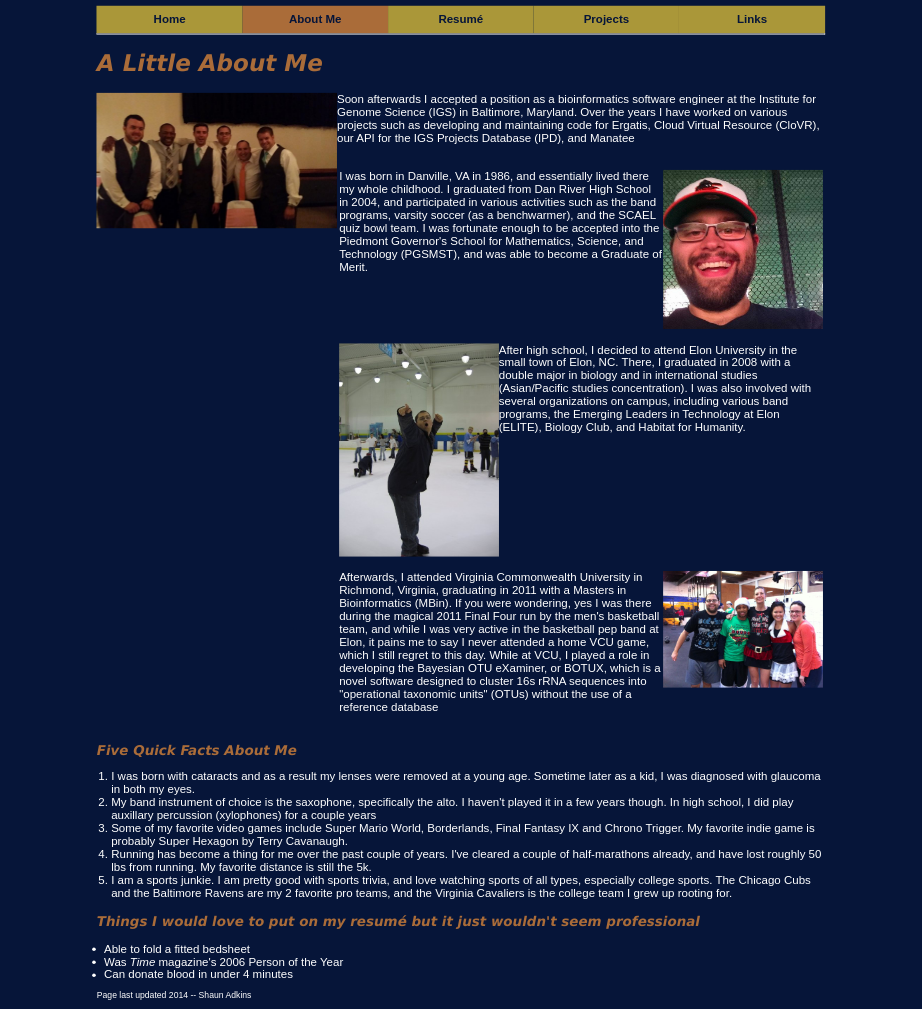
Repository: adkinsrs/sadkins_site
Page: html/about.html
The author's editor kept a record of every edit. The page is drawn from the files as they stood at one moment, then again after the next edit.
The browser window is 1280 px wide. The pictures show the whole page, at 72% of full size.

Above is the page before.

### html/about.html
<!DOCTYPE html>

<!--
Resume Page
-->
<html lang="en">
    <head>
        <meta charset="utf-8" />
        <meta name="viewport" content="width=device-width">
        <title>About Me</title>
        <link rel="stylesheet" href="../css/main.css" type="text/css"/>
    </head>

    <body>
        <div id="whole">
            <div id="menu_container">
                <ul>
                    <li class="navmenu"><a class="otherpage" href="./home.html">Home</a></li>
                    <li class="navmenu"><a class="current" href="./about.html">About Me</a></li>
                    <li class="navmenu"><a class="otherpage" href="./resume.html">Resum&#233;</a></li>
                    <li class="navmenu"><a class="otherpage" href="./projects.html">Projects</a></li>
                    <li class="navmenu"><a class="otherpage" href="./links.html">Links</a></li>
                </ul>
            </div>
            <hr>
            <h1>A Little About Me</h1>

            <div id="text_container">
                <table>
                    <tr><td>
                        <p>
                            <img class="img_right" src="../images/orioles.jpg" alt="Go Orioles!">
                            I was born in Danville, VA in 1986, and essentially lived there my whole childhood.  I graduated from Dan River High School in 2004, and participated in various activities such as the band programs, varsity soccer (as a benchwarmer), and the SCAEL quiz bowl team.  I was fortunate enough to be accepted into the Piedmont Governor's School for Mathematics, Science, and Technology (PGSMST), and was able to become a Graduate of Merit.
                        </p>
                    </td></tr>
                    <tr><td>
                        <p>
                            <img class="img_left" src="../images/ice_skating.jpg" alt="Posing at the ice skating rink">
                            After high school, I decided to attend Elon University in the small town of Elon, NC.  There, I graduated in 2008 with a double major in biology and in international studies (Asian/Pacific studies concentration).  I was also involved with several organizations on campus, including various band programs, the Emerging Leaders in Technology at Elon (ELITE), Biology Club, and Habitat for Humanity.
                        </p>
                    </td></tr>
                    <tr><td>
                        <p>
                            <img class="img_right" src="../images/crossfit.jpg" alt="Tough Christmas-themed Crossfit workout...never again!">
                            Afterwards, I attended Virginia Commonwealth University in Richmond, Virginia, graduating in 2011 with a Masters in Bioinformatics (MBin).  If you were wondering, yes I was there during the magical 2011 Final Four run by the men's basketball team, and while I was very active in the basketball pep band at Elon, it pains me to say I never attended a home VCU game, which I still regret to this day.  While at VCU, I played a role in developing the Bayesian OTU eXaminer, or BOTUX, which is a novel software designed to cluster 16s rRNA sequences into "operational taxonomic units" (OTUs) without the use of a reference database
                        </p>
                    </td></tr>
                    <tr></td>
                        <p>
                            <img class="img_left" src="../images/wade_wedding.jpg" alt="Picture with the college buddies at my friend's wedding">
                            Soon afterwards I accepted a position as a bioinformatics software engineer at the Institute for Genome Science (IGS) in Baltimore, Maryland.  Over the years I have worked on various projects such as developing and maintaining code for Ergatis, Cloud Virtual Resource (CloVR), our API for the IGS Projects Database (IPD), and Manatee
                        </p>
                    </td></tr>
                </table>

                <h3>Five Quick Facts About Me</h3>
                <ol>
                    <li>I was born with cataracts and as a result my lenses were removed at a young age.  Sometime later as a kid, I was diagnosed with glaucoma in both my eyes.</li>
                    <li>My band instrument of choice is the saxophone, specifically the alto.  I haven't played it in a few years though.  In high school, I did play auxillary percussion (xylophones) for a couple years</li>
                    <li>Some of my favorite video games include Super Mario World, Borderlands, Final Fantasy IX and Chrono Trigger.  My favorite indie game is probably Super Hexagon by Terry Cavanaugh.</li>
                    <li>Running has become a thing for me over the past couple of years.  I've cleared a couple of half-marathons already, and have lost roughly 50 lbs from running.  My favorite distance is still the 5k.</li>
                    <li>I am a sports junkie.  I am pretty good with sports trivia, and love watching sports of all types, especially college sports.  The Chicago Cubs and the Baltimore Ravens are my 2 favorite pro teams, and the Virginia Cavaliers is the college team I grew up rooting for.</li>
                </ol>

                <h3>Things I would love to put on my resum&#233; but it just wouldn't seem professional</h3>
                <ul class="normal_list">
                    <li>Able to fold a fitted bedsheet</li>
                    <li>Was <i>Time</i> magazine's 2006 Person of the Year</li>
                    <li>Can donate blood in under 4 minutes</li>
                </ul>
            </div>

            <div id="footer">
                <p>Page last updated 2014 -- Shaun Adkins</>
            </div>
        </div>
    </body>
</html>

### css/main.css
body {
    background-color: #061539;
    color: #FFFFFF;
    font-family: Arial, Helvetica, sans-serif;
}

#whole {
    width: 80%;
    margin: 0 auto;
}

#footer {
    font-size: 12px;
}

h1, h3 {
    font-family:"Lucida Sans Unicode", "Lucida Grande", sans-serif;
    color: #AA6C39;
    font-style: italic;
}

#menu_container {
    text-align: center;
}

ul {
    list-style-type: none;
    margin:0;
    padding: 0;
}

ol {
    padding-left: 20px;
}

img {
    width:33%;
}

.navmenu {
    text-align: center;
	font-family: Arial, Helvetica, sans-serif;
    font-weight: bold;
}

/* <a> menu links */
.current, .otherpage {
    display: block;
    text-decoration: none;
    color: #061539;
}

.current, .current:visited {
    background-color: #AA6C39;
}

.otherpage, .otherpage:visited {
    background-color: #AA9739;
}

.current:hover,.otherpage:hover {
    color: #FFFFFF;
}

.general_link, .general_link:visited {
    color: #AA9739;
}

.normal_list {
    list-style-type: disc;
    padding-left:10px;
}

/* tablet size screens */
@media screen and (max-width: 720px){
    .navmenu {
        width: 100%;
    }

    p {
        text-align:justify;
    }

    img {
        width: 66%;
        margin-left: auto;
        margin-right: auto;
        padding: 20px;
        display:block;
    }

}


/* large size screens */
@media screen and (min-width: 721px){
    .navmenu {
        float: left;
        width: 20%;
    }

    /* <a> menu links */
    .current, .otherpage {
        padding: 10px;
    }

    .img_left {
        float:left;
    }

    .img_right {
        float:right;
    }
}

After the next edit:
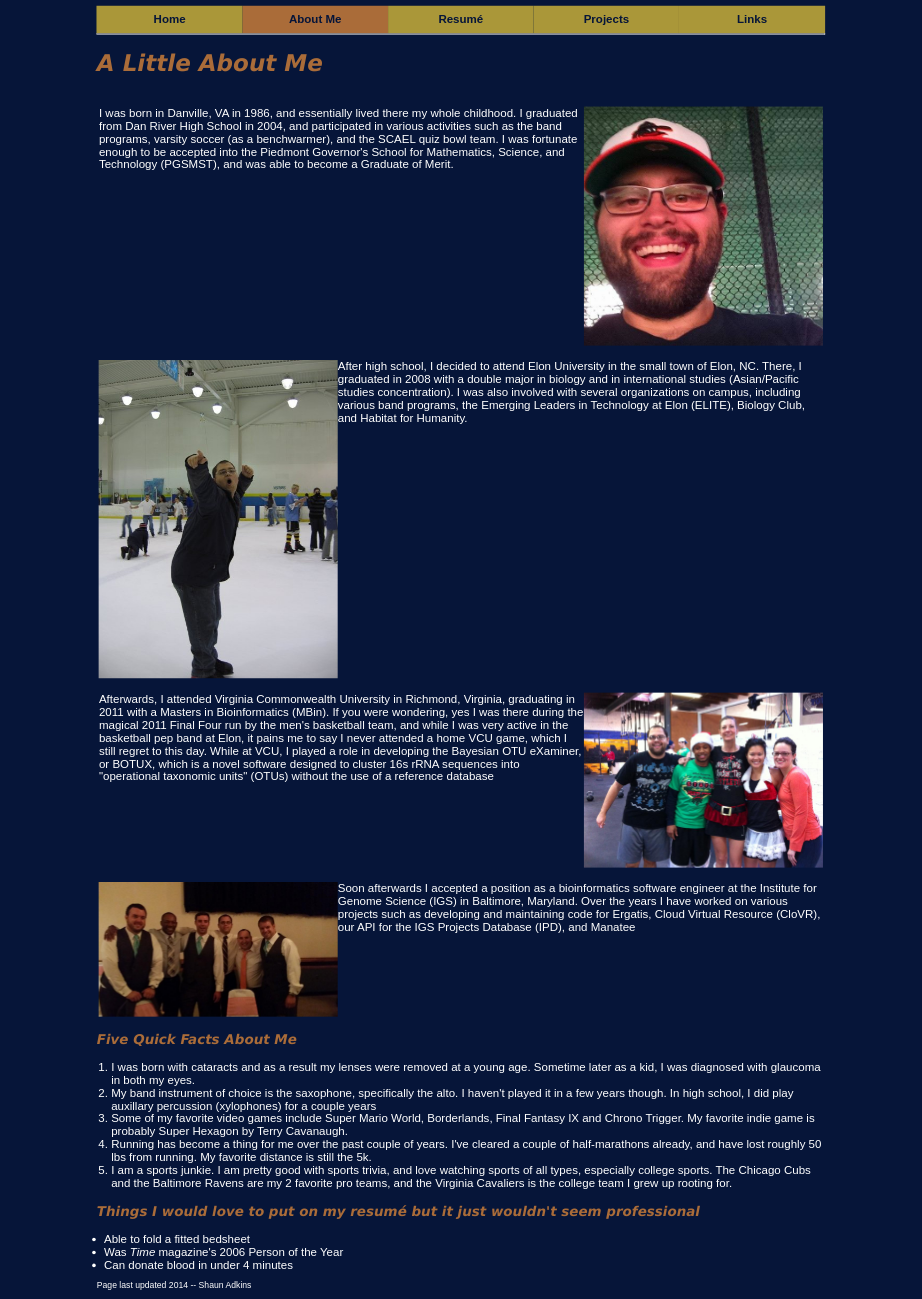
The edit:
--- a/html/about.html
+++ b/html/about.html
@@ -45,7 +45,7 @@
                             Afterwards, I attended Virginia Commonwealth University in Richmond, Virginia, graduating in 2011 with a Masters in Bioinformatics (MBin).  If you were wondering, yes I was there during the magical 2011 Final Four run by the men's basketball team, and while I was very active in the basketball pep band at Elon, it pains me to say I never attended a home VCU game, which I still regret to this day.  While at VCU, I played a role in developing the Bayesian OTU eXaminer, or BOTUX, which is a novel software designed to cluster 16s rRNA sequences into "operational taxonomic units" (OTUs) without the use of a reference database
                         </p>
                     </td></tr>
-                    <tr></td>
+                    <tr><td>
                         <p>
                             <img class="img_left" src="../images/wade_wedding.jpg" alt="Picture with the college buddies at my friend's wedding">
                             Soon afterwards I accepted a position as a bioinformatics software engineer at the Institute for Genome Science (IGS) in Baltimore, Maryland.  Over the years I have worked on various projects such as developing and maintaining code for Ergatis, Cloud Virtual Resource (CloVR), our API for the IGS Projects Database (IPD), and Manatee
